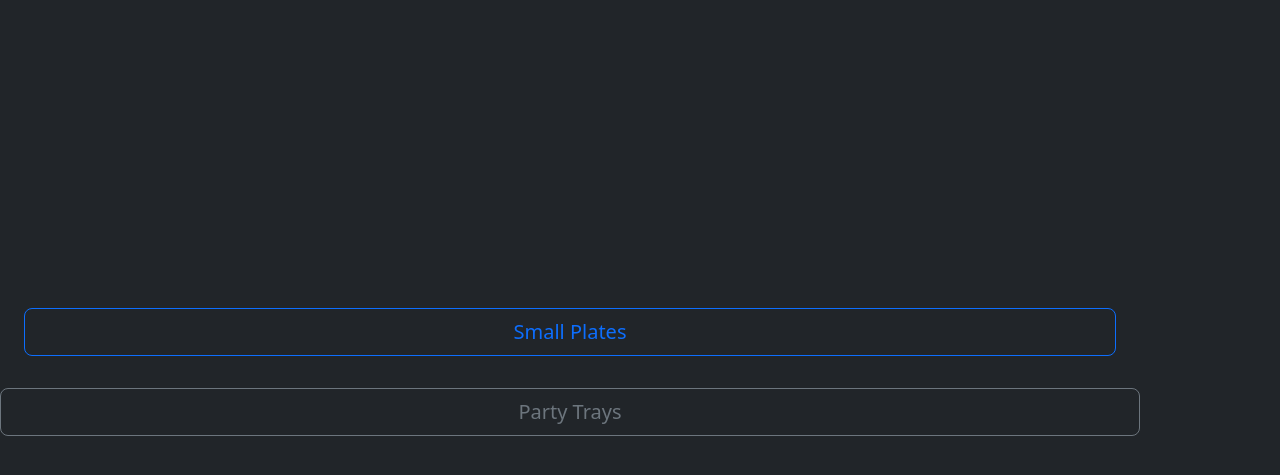
Repository: dukedward/smokehousemenu
Page: index.html
The author's editor kept a copy of each file at every save. The page is drawn from the files as they stood at one save, then again after the next save.
The browser window is 1280 px wide. The pictures show the whole page.

Above is the page before, as saved 2023-02-28 20:10:51.

After the next save:
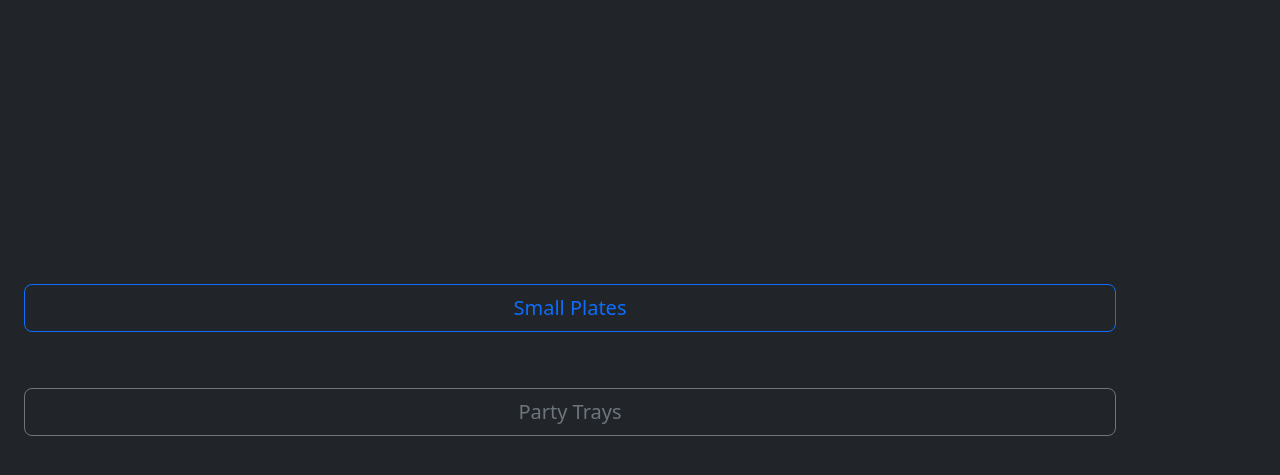
Saved 23 s later.
--- a/index.html
+++ b/index.html
@@ -12,7 +12,7 @@
     <div class="container d-flex align-items-center justify-content-center">
         <div class="buttons d-grid gap-2 col-12">
             <a class="btn btn-lg btn-outline-primary m-4" href="/plates/" >Small Plates</a>
-            <a class="btn btn-lg btn-outline-secondary" href="/trays/" >Party Trays</a>
+            <a class="btn btn-lg btn-outline-secondary m-4" href="/trays/" >Party Trays</a>
         </div>
     </div>
     <script src="https://cdn.jsdelivr.net/npm/bootstrap@5.3.0-alpha1/dist/js/bootstrap.bundle.min.js" integrity="sha384-w76AqPfDkMBDXo30jS1Sgez6pr3x5MlQ1ZAGC+nuZB+EYdgRZgiwxhTBTkF7CXvN" crossorigin="anonymous"></script>
